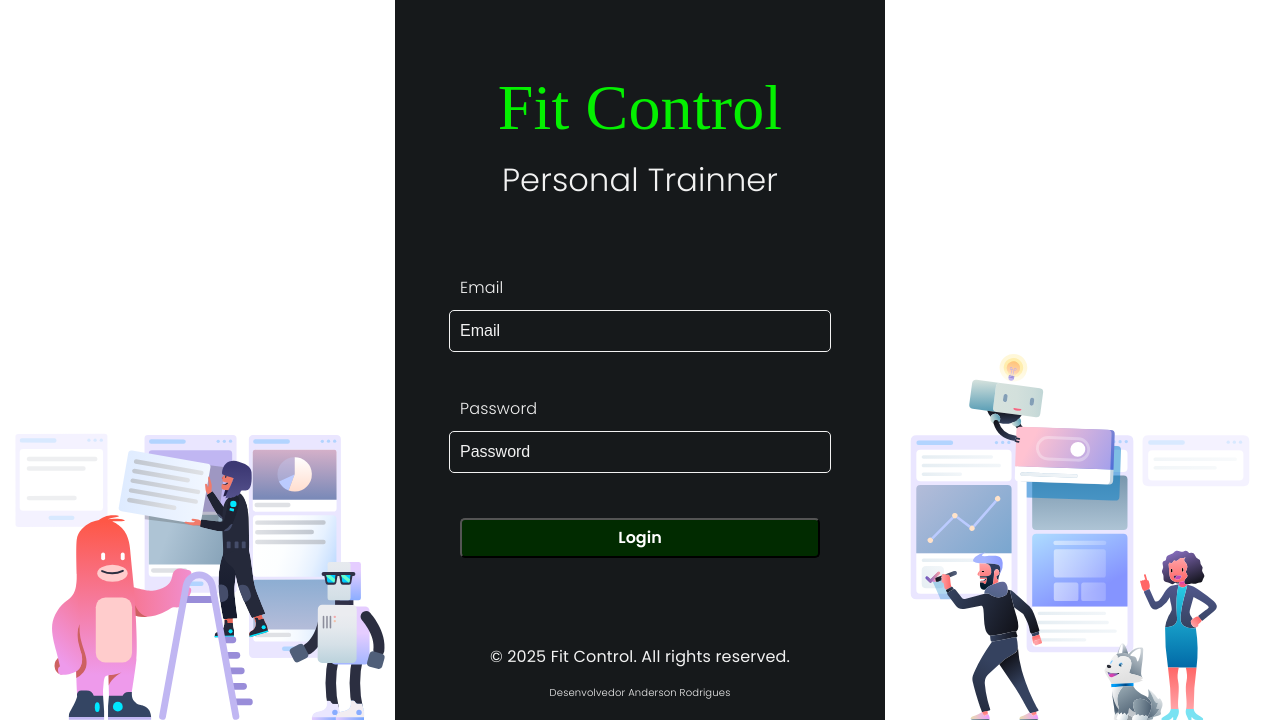
Repository: fit-control/frontend-fit-control
Page: /
These files come from the project's save history. The page is drawn as it stood at one moment and after the next save; the edit follows.
The browser window is 1280 px wide. The pictures show the whole page.
Some web fonts or font styles are not loaded; a fallback is used. The project was rebuilt for these pictures with package versions that can differ from the ones it lists, and the page was loaded fresh each time. The framework's server and built-in components were replaced by stand-ins that run in the browser. Also part of the build but not shown: next.config.js, vite.config.ts.

Above is the page before, as saved 2025-01-18 22:46:08.

After the next save:
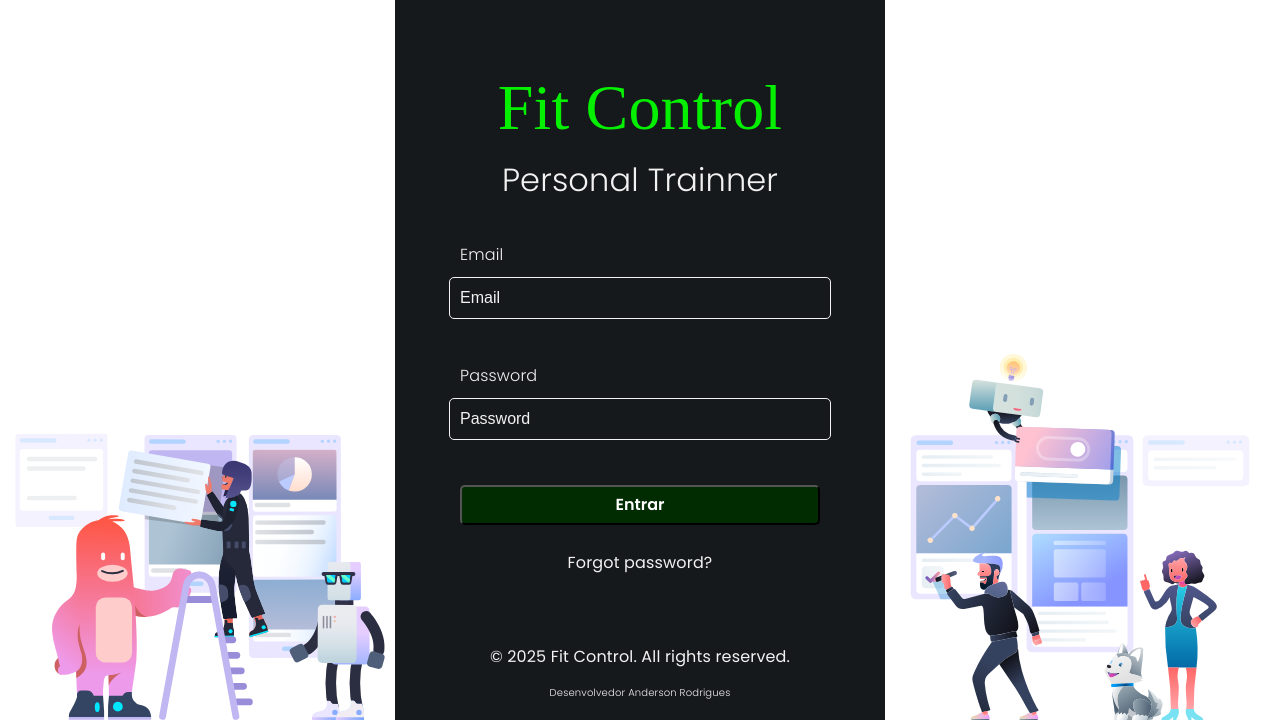
Saved 50 s later.
--- a/src/app/components/containerCenterLogin.tsx
+++ b/src/app/components/containerCenterLogin.tsx
@@ -12,7 +12,8 @@ const ContainerCenterLogin = () => {
           <input type="text" placeholder="Email" />
           <label htmlFor="password">Password</label>
           <input type="password" placeholder="Password" />
-          <button>Login</button>
+          <button>Entrar</button>
+          <p className="forgotPassword">Forgot password?</p>
         </div>
         <footer className="">
           <p className="">
